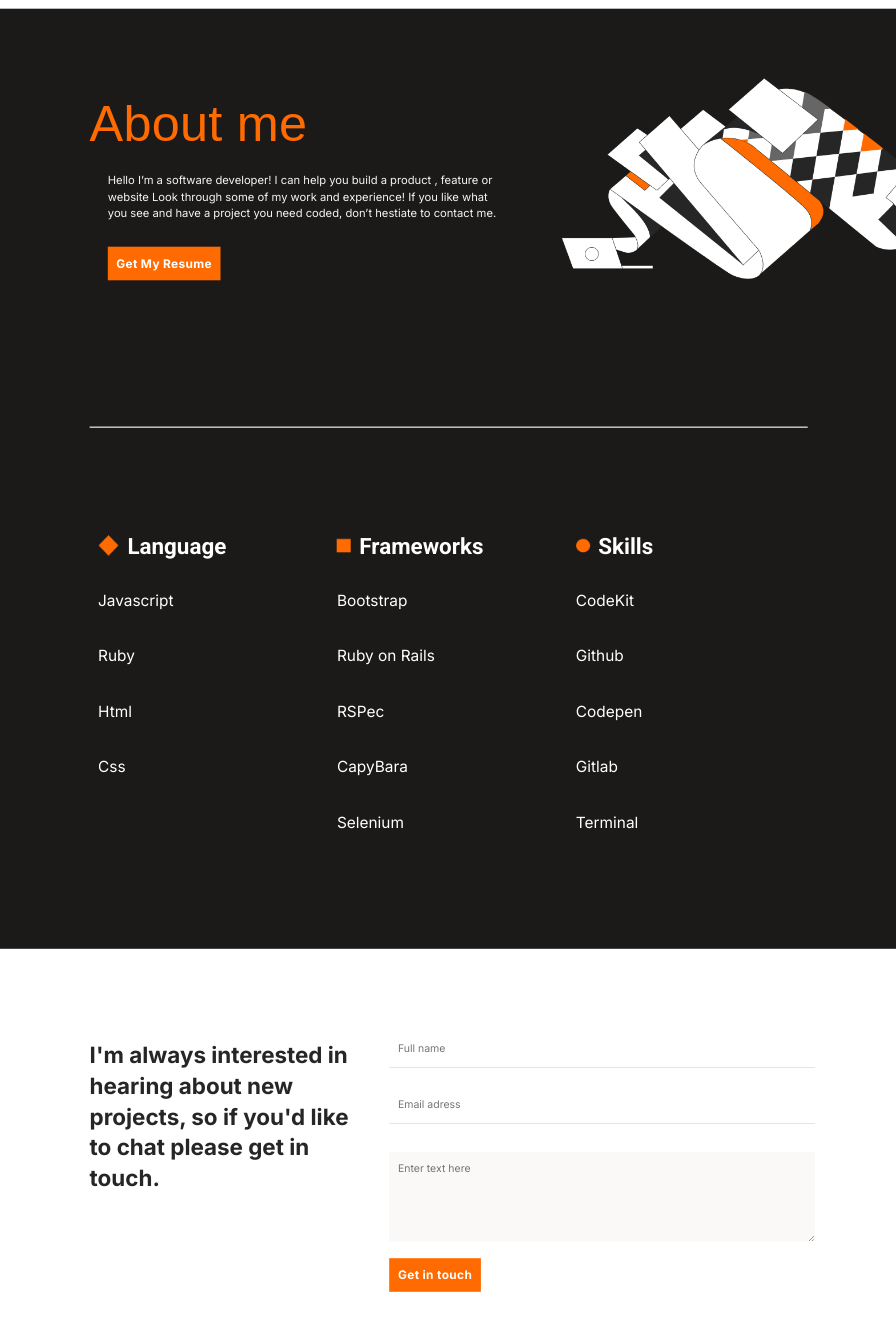
Repository: camilevahviraki/Portfolio
Page: index.html
An editor plug-in stored every save of this project. The page is shown before and after the next save, followed by the edit.
The browser window is 1280 px wide. The pictures show the part of the page from y = 2778 to 4698 px (the page is 4825 px tall before and 4941 px after), at 70% of full size.
A picture or video elsewhere on the page could not be fetched, so the positions and the page height are approximate. Some web fonts or font styles are not loaded; a fallback is used.

Above is the page before, as saved 2022-03-25 12:33:34.

After the next save:
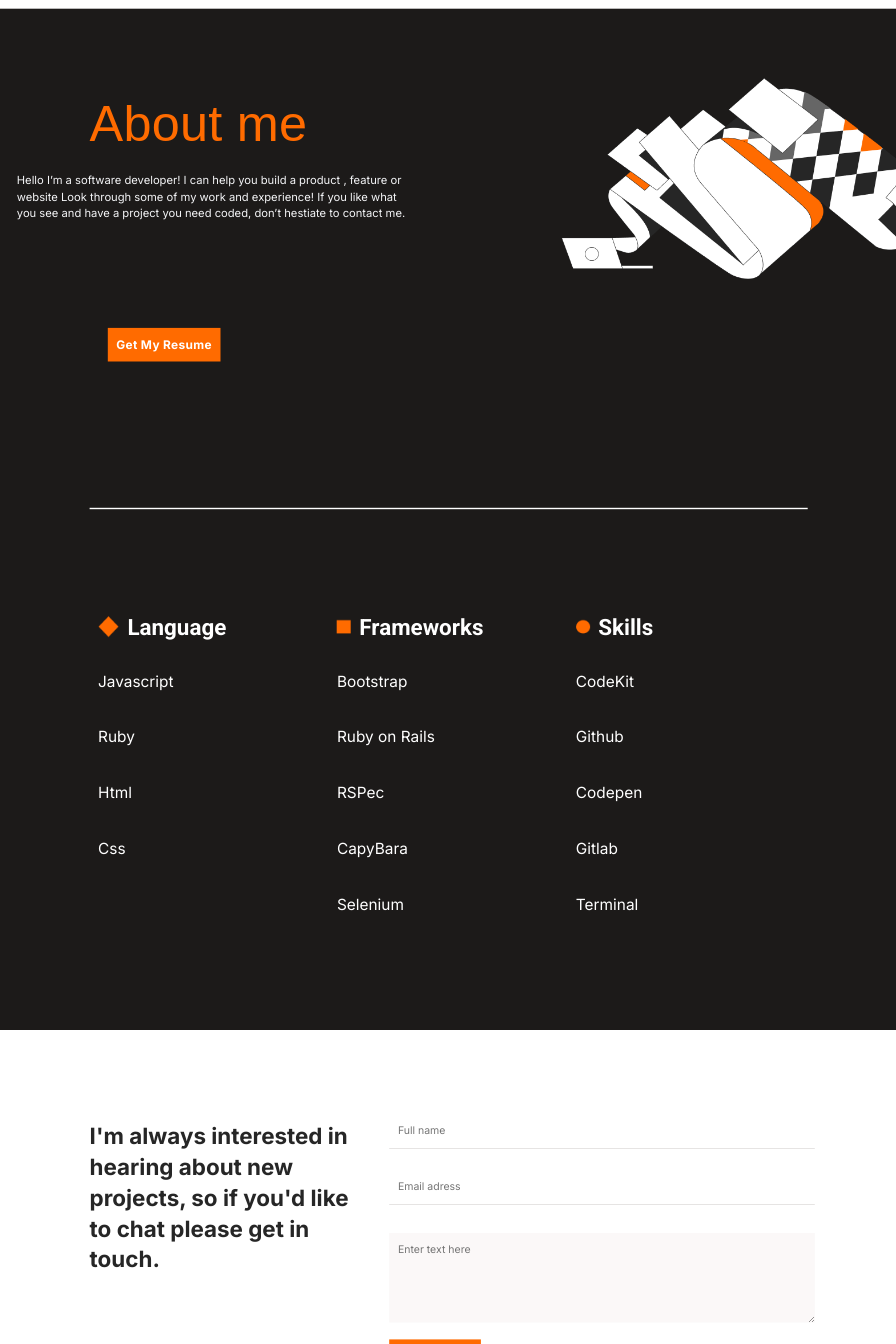
Saved 47 s later.
--- a/style_desktop.css
+++ b/style_desktop.css
@@ -438,7 +438,7 @@ h3 {
   font-size: 16px;
   line-height: 24px;
   color: #f4f5f7;
-  margin: 12px 24px 12px 154px;
+  margin: 12px 24px calc(100vw * 0.1);
 }
 
 .btn_about {
